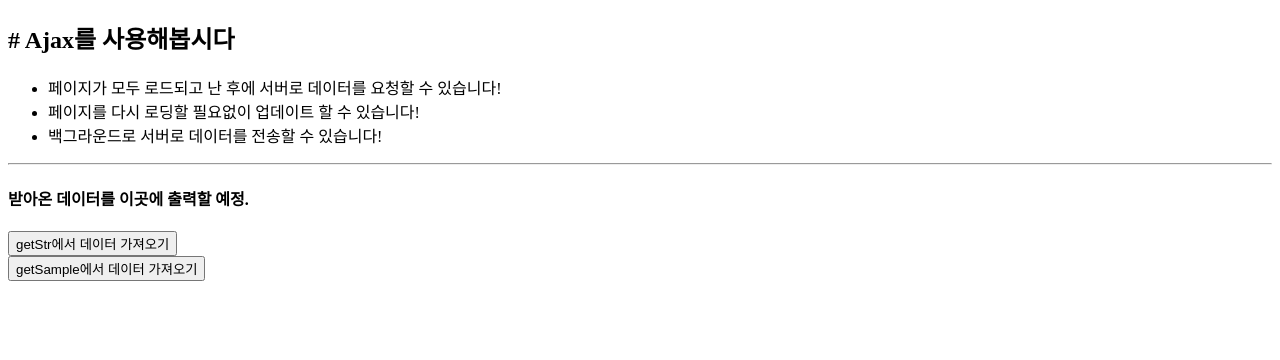
Repository: sirius455/spring-workspace
Page: http://localhost/Spring_REST/WEB-INF/views/ajax/home.jsp
An editor plug-in stored every save of this project. The page is shown before and after the next save, followed by the edit.
The browser window is 1280 px wide. The pictures show the whole page.
The page is served by Tomcat 9. Nobody is signed in. Other server files are loaded and not shown. The template is opened directly, without the code that normally fills it, so the values that code supplies are empty.

Above is the page before, as saved 2021-08-05 05:10:30.

### Spring_REST/src/main/webapp/WEB-INF/views/ajax/home.jsp
<%@ page language="java" contentType="text/html; charset=EUC-KR"
    pageEncoding="EUC-KR"%>

<!DOCTYPE html>
<html>
<head>
<meta charset="UTF-8">
<title>Ajax Home</title>
</head>
<body>
	<h2># Ajax를 사용해봅시다</h2>

	<ul>
		<li>페이지가 모두 로드되고 난 후에 서버로 데이터를 요청할 수 있습니다!</li>
		<li>페이지를 다시 로딩할 필요없이 업데이트 할 수 있습니다!</li>
		<li>백그라운드로 서버로 데이터를 전송할 수 있습니다!</li>

	</ul>

<hr>

<div id="test">
	<h4>받아온 데이터를 이곳에 출력할 예정.</h4>
</div>

<ul id="testList">

</ul>

<button onclick="loadStr()">
	getStr에서 데이터 가져오기
</button> <br>

<button id="sampleAsyncBtn">
	getSample에서 데이터 가져오기
</button>

<!-- 서버에서 자원을 사용할 때는 servlet-context의 자원경로를 사용해야 한다 -->
<script src="<%=request.getContextPath() %>/resources/js/ajax_home.js"></script>



</body>
</html>

### Spring_REST/src/main/webapp/resources/js/ajax_home.js
/**
 *
 */

const to_print = document.querySelector("#test > h4")

function loadStr() {

	// 1. 비동기 요청 인스턴스를 생성한다.
	const xhttp = new XMLHttpRequest();

	// 2. 비동기 요청을 설정한다

	xhttp.onreadystatechange = (e) => {
		const target = e.target;
		const httpStatus = e.target.status;
		const readyState = e.target.readyState

		console.log(target);
		console.log('readyState:', readyState)

		if(httpStatus == 200) {
		if (readyState == 1) {
			to_print.innerHTML = '서버와의 연결이 수립되었습니다'
		} else if (readyState == 2) {
			to_print.innerHTML = '서버가 내 요청을 받았습니다'
		} else if (readyState == 3) {
			to_print.innerHTML = '요청을 처리중입니다.'
		} else if (readyState == 4) {
			to_print.innerHTML = '요청처리가 끝난 후 응답이 준비되었습니다.';
		} else {
			to_print.innerHTML = "요청이 아직 생성되지 않았거나 뭔가 준비되지 않았습니다."
		}
	  }
	};

//	xhttp.addEventListener('readystatechange', () => {
//
//		console.log(e.readyState);
//		to_print.innerHTML = e.target.responseText;
//	});

	xhttp.open('GET', '/rest/sample/getstr', true);

	//3. 요청을 보낸다.
	xhttp.send();

}

const sampleAsyncBtn = document.getElementById("sampleAsyncBtn");

sampleAsyncBtn.addEventListener('click', () => {
	const xhttp = new XMLHttpRequest();

	// 비동기 요청에 대한 상태가 변화할때마다 발상하는 이벤트
	xhttp.addEventListener('readystatechange', (e) => {
		const target = e.target
		const status = e.target.status;
		const readyState = target.readyState;

		if(status == 200 && readyState == 4) {
			//자바스크리브에서는 아주 쉽게 JSON형식의 문자열을 Object로 변환할 수 있다
			to_print.innerHTML = JSON.parse(target.responseText);

			console.log(myobj);
		}
	});

	//비동기 요청의 method와 uri를 설정
	xhttp.open('GET', '/rest/sample/getSample', true);

	xhttp.send();

})

After the next save:
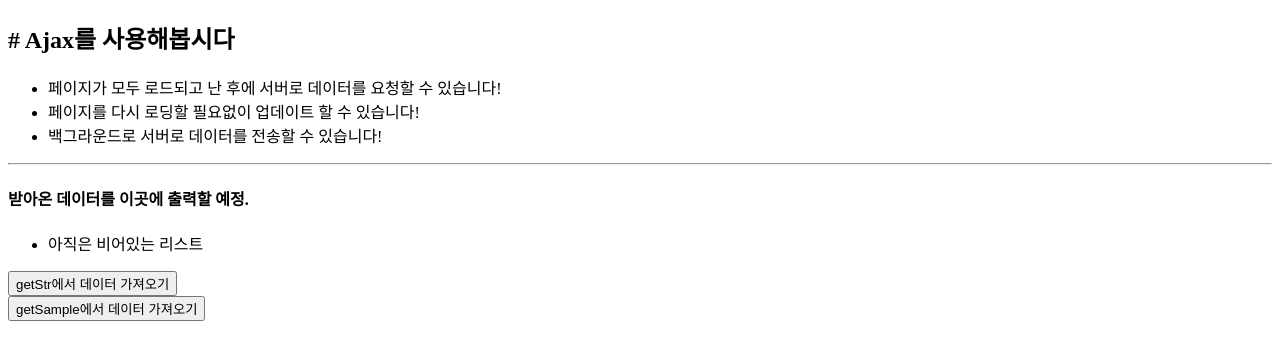
Saved 8 s later.
--- a/Spring_REST/src/main/webapp/WEB-INF/views/ajax/home.jsp
+++ b/Spring_REST/src/main/webapp/WEB-INF/views/ajax/home.jsp
@@ -24,7 +24,7 @@
 </div>
 
 <ul id="testList">
-
+	<li>아직은 비어있는 리스트</li>
 </ul>
 
 <button onclick="loadStr()">
